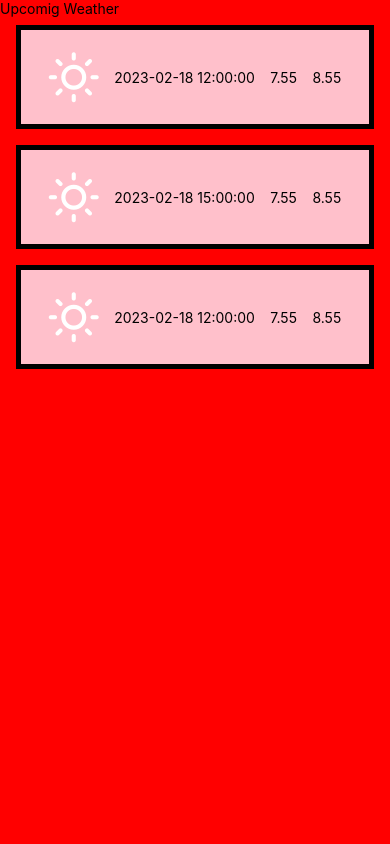
Repository: akinmiday/fcc
Screen: / (app in WeatherApp/)
An editor plug-in stored every save of this project. The screen is shown before and after the next save, followed by the edit.
The app was drawn by React Native's web renderer in a window 390 px wide. The project was rebuilt for these pictures with package versions that can differ from the ones it lists, and the page was loaded fresh each time. Also part of the build but not shown: WeatherApp/src/components/CurrentWeather.js.

Above is the screen before, as saved 2023-07-19 08:10:03.

### WeatherApp/App.js
import React from "react"
import { View, StyleSheet } from "react-native"
import CurrentWeather from "./src/components/CurrentWeather"
import UpcomingWeather from "./src/components/UpcomingWeather"

const App = () => {
  return (
    <View style={styles.container}>
      <UpcomingWeather />
    </View>
  )
}

const styles = StyleSheet.create({
  container: {
    flex: 1
  }
})

export default App

### WeatherApp/src/components/UpcomingWeather.js
import React from "react"
import {
  SafeAreaView,
  StyleSheet,
  Text,
  FlatList,
  View,
  StatusBar
} from "react-native"
import { Feather } from "@expo/vector-icons"

const DATA = [
  {
    dt_txt: "2023-02-18 12:00:00",
    main: {
      temp_max: 8.55,
      temp_min: 7.55
    },
    weather: [
      {
        main: "Clear"
      }
    ]
  },

  {
    dt_txt: "2023-02-18 15:00:00",
    main: {
      temp_max: 8.55,
      temp_min: 7.55
    },
    weather: [
      {
        main: "Clouds"
      }
    ]
  },
  {
    dt_txt: "2023-02-18 12:00:00",
    main: {
      temp_max: 8.55,
      temp_min: 7.55
    },
    weather: [
      {
        main: "Rain"
      }
    ]
  }
]

const Item = (props) => {
  const { dt_txt, min, max, condition } = props
  return (
    <View style={styles.item}>
      <Feather name="sun" size={50} color="white" />
      <Text>{dt_txt}</Text>
      <Text style={styles.temp}>{min}</Text>
      <Text style={styles.temp}>{max}</Text>
    </View>
  )
}

const UpcomingWeather = () => {
  const renderItem = ({ item }) => (
    <Item
      condition={item.weather[0].main}
      dt_txt={item.dt_txt}
      min={item.main.temp_min}
      max={item.main.temp_max}
    />
  )
  return (
    <SafeAreaView style={styles.container}>
      <Text>Upcomig Weather</Text>
      <FlatList
        data={DATA}
        renderItem={renderItem}
        keyExtractor={(item) => item.dt_txt}
      />
    </SafeAreaView>
  )
}

const styles = StyleSheet.create({
  container: {
    flex: 1,
    marginTop: StatusBar.currentHeight || 0,
    backgroundColor: "red"
  },
  item: {
    padding: 20,
    marginVertical: 8,
    marginHorizontal: 16,
    flexDirection: "row",
    justifyContent: "space-around",
    alignItems: "center",
    borderWidth: 5,
    backgroundColor: "pink"
  },
  temp: {}
})

export default UpcomingWeather

After the next save:
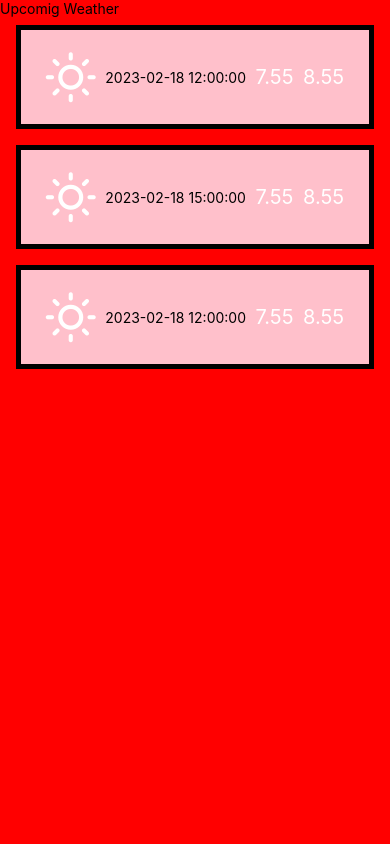
Saved 27 s later.
--- a/WeatherApp/src/components/UpcomingWeather.js
+++ b/WeatherApp/src/components/UpcomingWeather.js
@@ -98,7 +98,10 @@ const styles = StyleSheet.create({
     borderWidth: 5,
     backgroundColor: "pink"
   },
-  temp: {}
+  temp: {
+    color: "white",
+    fontSize: 20
+  }
 })
 
 export default UpcomingWeather
